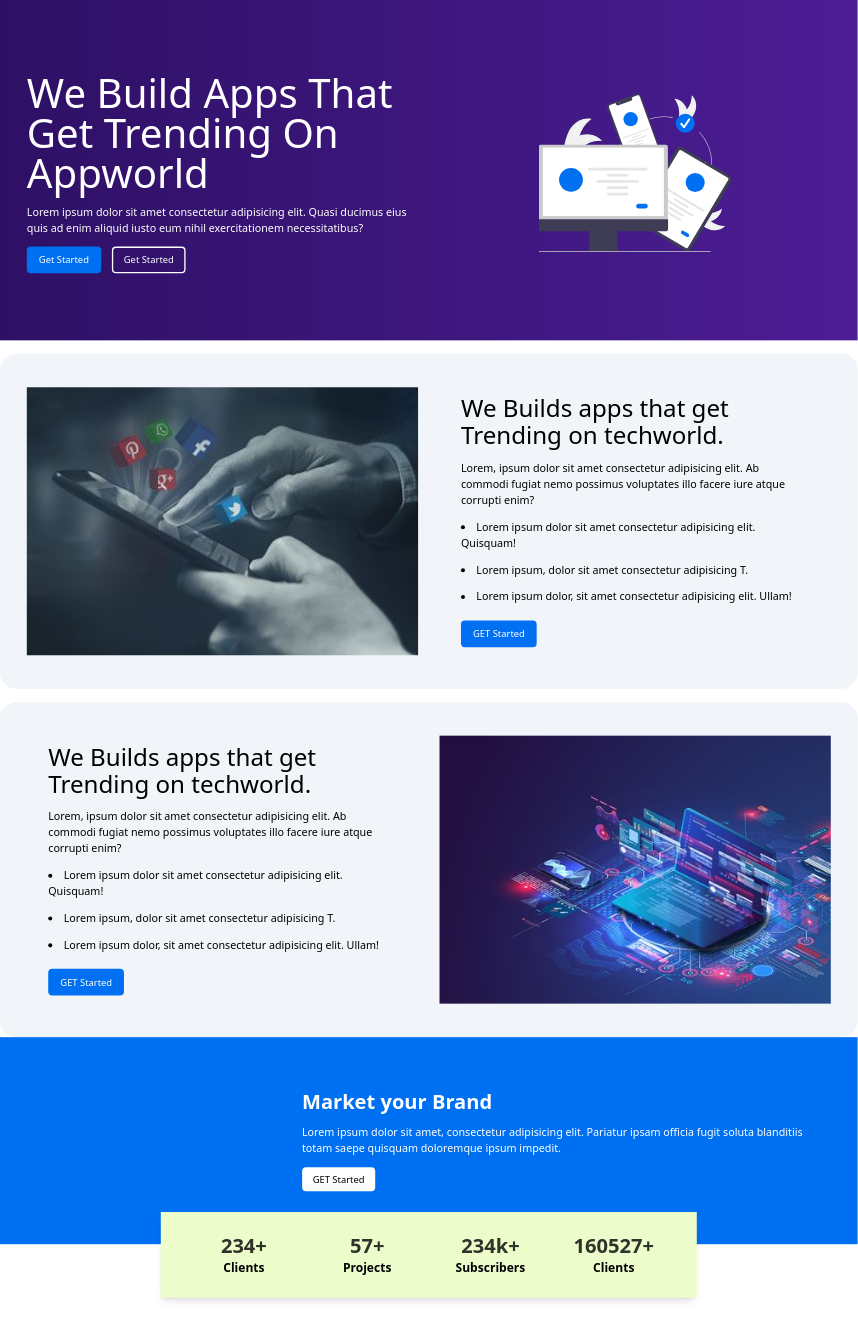
Repository: Kish202/Coz-Marketing-Site
Page: / (app in frontend/)
An editor plug-in stored every save of this project. The page is shown before and after a run of saves, followed by the edit.
The browser window is 1280 px wide. The pictures show the whole page, at 67% of full size.
Pictures or frames that could not be fetched are drawn as grey boxes. The project was rebuilt for these pictures with package versions that can differ from the ones it lists, and the page was loaded fresh each time. Also part of the build but not shown: frontend/vite.config.js.

Above is the page before, as saved 2025-05-25 11:39:53.

### frontend/src/App.jsx
import { useState } from 'react'
import reactLogo from './assets/react.svg'
import viteLogo from '/vite.svg'
import './App.css'
import Service from './components/Service/Service'
import Hero from './components/Hero/Hero'
import BannerDetails from './components/BannerDetails.jsx/BannerDetails'
import Banner from './components/Banner/Banner'
import Banner1 from "./assets/blog1.jpg";
import Banner2 from "./assets/blog3.jpg";



function App() {
  const [count, setCount] = useState(0)

  return (
<>

<Hero/>
<Banner reverse={true} img={Banner1}/>
<Banner img={Banner2}/>
<BannerDetails/>
   <Service/>

   </>
  )
}

export default App

### frontend/src/components/Service/Service.jsx
import React from 'react'
import CountUp from "react-countup"

const Service =() =>{
  return (
    <section className="container h-12 md:h-32 ">
     <div className="grid grid-cols-4 w-full mx-auto -translate-y-12 divde-x divide-slate-700 place-self-center   bg-lime-100 p-4 shadow-lg dark:bg-violet-800 dark:text-white/70 md:max-w-[800px]  md:p-8">
    <div className="flex flex-col items-center justify-center " >



<h1 className="text-sm font-bold text-black/80 dark:text-white sm:text-lg md:text-3xl">
      <CountUp end={234} suffix="+" duration={2.75}/>

</h1>

<h1 className="sm:text-md  font-bold md:text-lg">
Clients
</h1>




        </div>

        <div className="flex flex-col items-center justify-center">
  <h1 className="text-sm text-black/80 sm:text-lg md:text-3xl dark:text-white font-bold">
  <CountUp end={57} suffix="+" duratiion={2.75}/>  </h1>

    <h1 className="sm:text-md font-bold  md:text-lg">
        Projects

        </h1>
            </div>

    <div className="flex flex-col items-center justify-center" >



        <h1 className=" text-black/80 dark:text-white  sm:text-lg md:text-3xl font-bold">
<CountUp end={234}  suffix="k+" / >
        </h1>
<h1 className="font-bold  sm:text-md text-xs md:text-lg" >
Subscribers
</h1>


            </div>


<div className="flex flex-col items-center justify-center">
<h1 className="text-sm font-bold text-black/80 dark:text-white sm:text-lg md:text-3xl">
<CountUp start={-875.020}
end={160527.012} duration={2.75} separator="" suffix="+" />
</h1>


<h1 className=" sm:text-md  font-bold md:text-lg ">
Clients
</h1>
</div>
</div>
    </section>
  )
}

export default Service

### frontend/src/components/Hero/Hero.jsx
// import React from 'react'
import Banner from "../../assets/thebanner.svg"
// function Hero() {
//   return (
//            <main className="bg-gradient-to-r  from-violet-950 to-violet-900 pt-20 dark:bg-violet-950">

// <section className="container flex h-[650px] flex-col  items-center justify-center md:h-[500px]   ">
// <div className="grid grid-cols-1 items-center gap-8 dark:text-white md:grid-cols-2">



// <div className="flex flex-col items-center gap-4 text-center text-white md:items-start md:text-left">

// <h1 className="text-4xl">
//     We Build the apps that get trending on the appworld.

// </h1>

// <p className=" *:">

// Lorem ipsum dolor sit amet consectetur, adipisicing elit. Neque, itaque!
// Lorem, ipsum dolor sit amet consectetur adipisicing elit. Facere, quibusdam?
// Lorem ipsum dolor sit amet consectetur adipisicing elit. Dolore, cupiditate.

// </p>


// <div className="space-x-4">

//        <button className="rounded-md border-2 border-primary bg-primary px-4 py-2 text-sm text-white transition-colors duration-300 hover:bg-primary/80">
//    GET Started
//     </button>

//        <button className="rounded-md border-2 border-white px-4 py-2 text-sm text-white transition-colors duration-300" >

// Login

//     </button>
// </div>

// </div>

// <div
// data-aos="fade-left"
// data-aos-duration="400"
// data-aos-once="true"

// className="mx-auto max-w-xs p-4">

//     <img src={Banner} alt="No image" className="hover:drop-shadow-md"/>


// </div>


// </div>
// </section>



//         </main>


//   )
// }



// export default Hero






import React from "react";
// import Banner from "../../assets/undraw_real_time_sync_re_nky7.svg";

const Hero = () => {
  return (
    <main className="bg-gradient-to-r from-violet-950 to-violet-900 pt-2 dark:bg-violet-950">
      <section className="container flex h-[650px] flex-col items-center justify-center md:h-[500px] ">
        <div className="grid grid-cols-1 items-center gap-8 dark:text-white md:grid-cols-2">
          <div
            data-aos="fade-right"
            data-aos-duration="700"
            data-aos-once="false"
            className="flex flex-col items-center gap-4 text-center text-white md:items-start md:text-left "
          >
              <h1 className=" text-6xl ">
              We Build Apps That Get Trending On Appworld
            </h1>
            <p className="">
              Lorem ipsum dolor sit amet consectetur adipisicing elit. Quasi
              ducimus eius quis ad enim aliquid iusto eum nihil exercitationem
              necessitatibus?
            </p>
            <div className="space-x-4">
              <button className="rounded-md border-2 border-primary bg-primary px-4 py-2 text-sm text-white transition-colors duration-300 hover:bg-primary/80">
                Get Started
              </button>
              <button className="border-1  rounded-md border-2 border-white px-4 py-2 text-sm text-white transition-colors duration-300 ">
                Get Started
              </button>
            </div>
          </div>
          <div
            data-aos="fade-left"
            data-aos-duration="400"
            data-aos-once="false"
            className="mx-auto max-w-xs p-4"
          >
            <img src={Banner} alt="No image" className="hover:drop-shadow-md" />
          </div>
        </div>
      </section>
    </main>
  );
};

export default Hero;

### frontend/src/components/BannerDetails.jsx/BannerDetails.jsx
import React from 'react'



function BannerDetails() {
  return (
    <main className="bg-primary">

        <section className="container py-8 md:py-12">


            <div className="grid grid-cols-1 items-center gap-4 sm:text-ellipsis md:grid-cols-3 md:gap-8">
<div className="order-2 flex flex-col items-center gap-4 text-center text-white md:col-span-2 md:items-start md:text-left">
<h1 className="text-3xl font-bold">
    Market your Brand

</h1>
<p className="">
Lorem ipsum dolor sit amet, consectetur adipisicing elit. Pariatur
 ipsam officia fugit soluta blanditiis totam saepe quisquam doloremque
 ipsum impedit.
</p>
<button className="rounded-md bg-white px-4 py-2 text-sm text-black transition-colors duration-300 hover:bg-white/60 ">
GET Started
</button>
</div>
<div  className="order-1">
<iframe
className="aspect-video w-full"
src="https://www.youtube.com/watch?v=esaioTgia4Q&list=PPSV"
title="Youtube Video Player" frameborder="0" allow="accelerometer; autoplay; clipboard-write; encrypted-media; gyroscope; picture-in-picture; web-share allowfullscreen"></iframe>


</div>

            </div>



        </section>

    </main>
  )
}

export default BannerDetails

### frontend/src/components/Banner/Banner.jsx
import React from 'react'
import Bannerimg from "../../assets/blog2.jpg";


function Banner({reverse, img}) {
return (
    <section>
     <main   className="bg-slate-100 dark:bg-slate-900 dark:text-white mt-5 rounded-3xl">
     <section className="container flex flex-col items-center justify-center py-10 md:h-[500px] ">


        <div className="grid grid-cols-1 items-center gap-8 md:grid-cols-2">

 <div
 data-aos="fade-right"
 data-aos-duration="600"
 data-aos-once="false"
data-aos-delay="100"


 className={`flex flex-col items-start gap-4 text-left md:p-8 ${reverse ? "md:order-last": ""}`}>
 <h1 className="text-2xl md:text-4xl">
     We Builds apps that get Trending on techworld.

        </h1>


        <p classname="text-sm text-slate-600 dark:text-slate-400">
            Lorem, ipsum dolor sit amet consectetur adipisicing elit. Ab commodi fugiat nemo
            possimus voluptates
             illo facere iure atque corrupti enim?
            </p>



    <div>

            <ul className="flex list-inside flex-start  list-disc flex-col gap-2 md:gap-4">

                     <li className="font-medium ">
Lorem ipsum dolor sit amet consectetur adipisicing elit. Quisquam!
                    </li>
<li className="font-medium">Lorem ipsum, dolor sit amet consectetur adipisicing T.</li>

                    <li className="font-medium" >
Lorem ipsum dolor, sit amet consectetur adipisicing elit. Ullam!
                    </li>
            </ul>
    </div>
        <div className="space-x-4 mt-2">

            <button className="rounded-md border-2 border-primary bg-primary px-4 py-2 text-sm text-white duration-300 hover:bg-primary/90">
GET Started
            </button>
    </div>
    </div>

 <div
 data-aos="fade-left"
 data-aos-duration="600"
 data-aos-once="false"
 data-aos-delay="200"
 data-aos-mirror="true"
 className={reverse?"order-1":""}>
    <img
    src={img}
    alt="no image"
    className="mx-auto w-full h-[400px] object-cover hover:drop-shadow-md"
    />
    </div>

            </div>

            </section>
            </main>
    </section>
)
}

export default Banner

### frontend/tailwind.config.js
/** @type {import('tailwindcss').Config} */
export default {
  content: ["./index.html", "./src/**/*.{js,ts,jsx,tsx}"],
  darkMode: "class",
  theme: {
    extend: {
      screens: {
        xs: "480px",
      },
      colors: {
        primary: "#0070f3",
      },
    },

    container: {
      center: true,
      padding: {
        DEFAULT: "20px",
        md: "40px",
      },
    },
  },
  plugins: [],
};

Loaded but not shown: frontend/index.html (common file); frontend/src/main.jsx (common file); frontend/src/index.css (common file); frontend/src/App.css (common file)

After the next 2 saves:
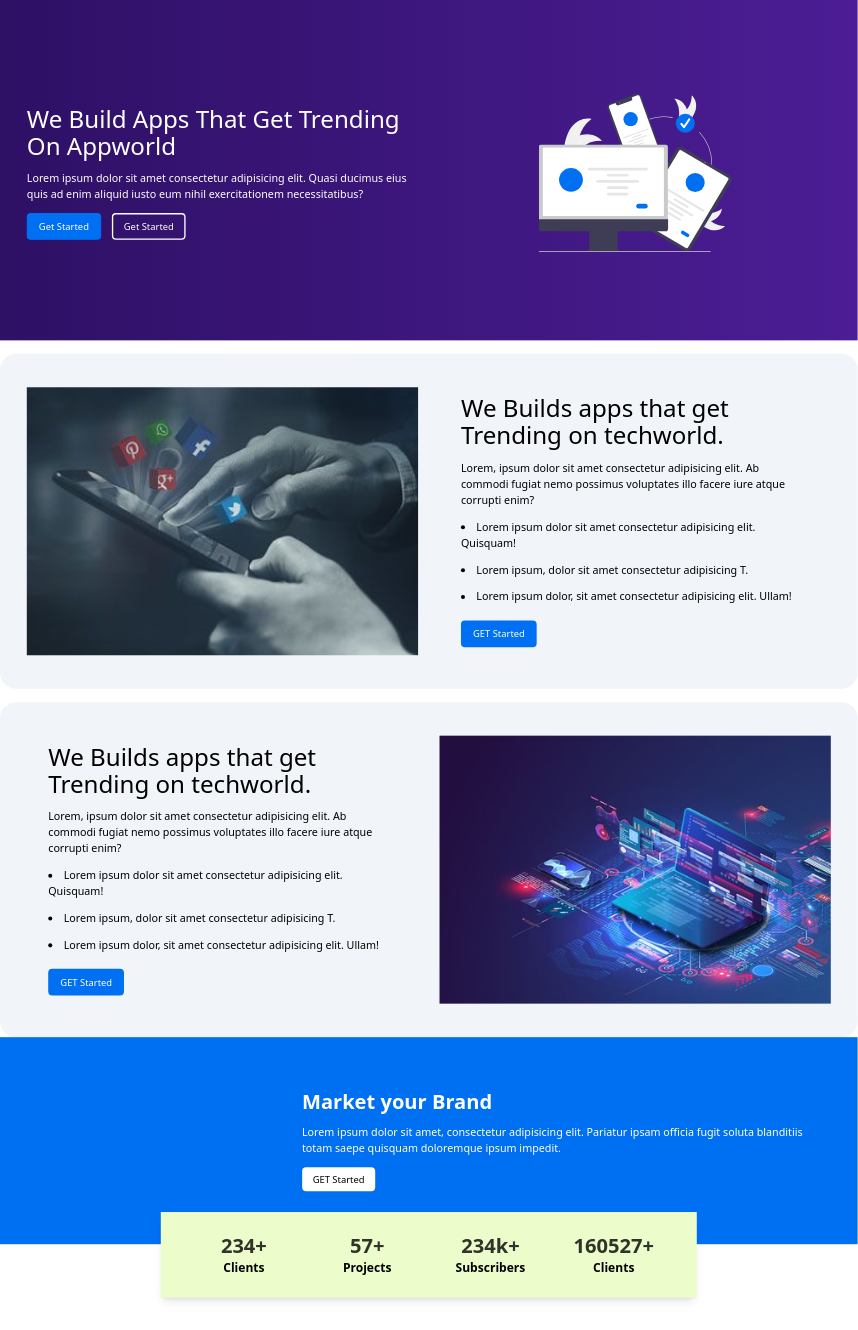
The 2 saves are shown as one change because they came seconds apart.
The last was saved 12 s later.
--- a/frontend/src/components/Hero/Hero.jsx
+++ b/frontend/src/components/Hero/Hero.jsx
@@ -87,7 +87,7 @@ const Hero = () => {
             data-aos-once="false"
             className="flex flex-col items-center gap-4 text-center text-white md:items-start md:text-left "
           >
-              <h1 className=" text-6xl ">
+              <h1 className=" text-4xl ">
               We Build Apps That Get Trending On Appworld
             </h1>
             <p className="">
